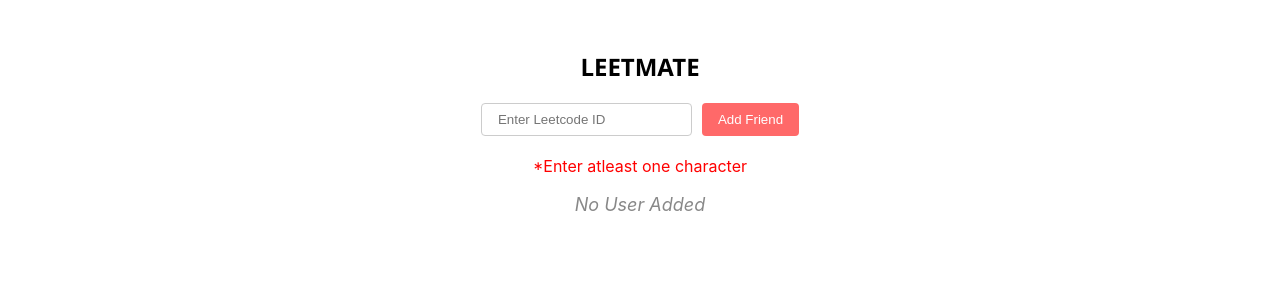
Repository: Sanketh149/leetcode-discord
Page: /
The author's editor kept a copy of each file at every save. The page is drawn from the files as they stood at one save, then again after the next save.
The browser window is 1280 px wide. The pictures show the whole page.
The project was rebuilt for these pictures with package versions that can differ from the ones it lists, and the page was loaded fresh each time. Also part of the build but not shown: src/Modal.module.css, src/Modal.js, src/Cart.module.css, src/Cart.js.

Above is the page before, as saved 2023-06-21 17:10:31.

After the next save:
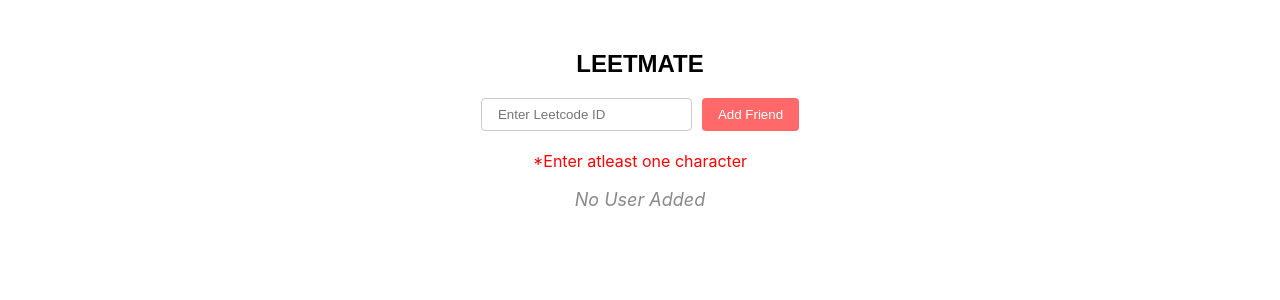
Saved 11 s later.
--- a/src/App.css
+++ b/src/App.css
@@ -4,7 +4,7 @@
 }
 
 .app__title {
-  font-family: "Segoe UI", Tahoma, Geneva, Verdana, sans-serif;
+  font-family: sans-serif;
   font-size: 24px;
   margin-bottom: 20px;
 }
